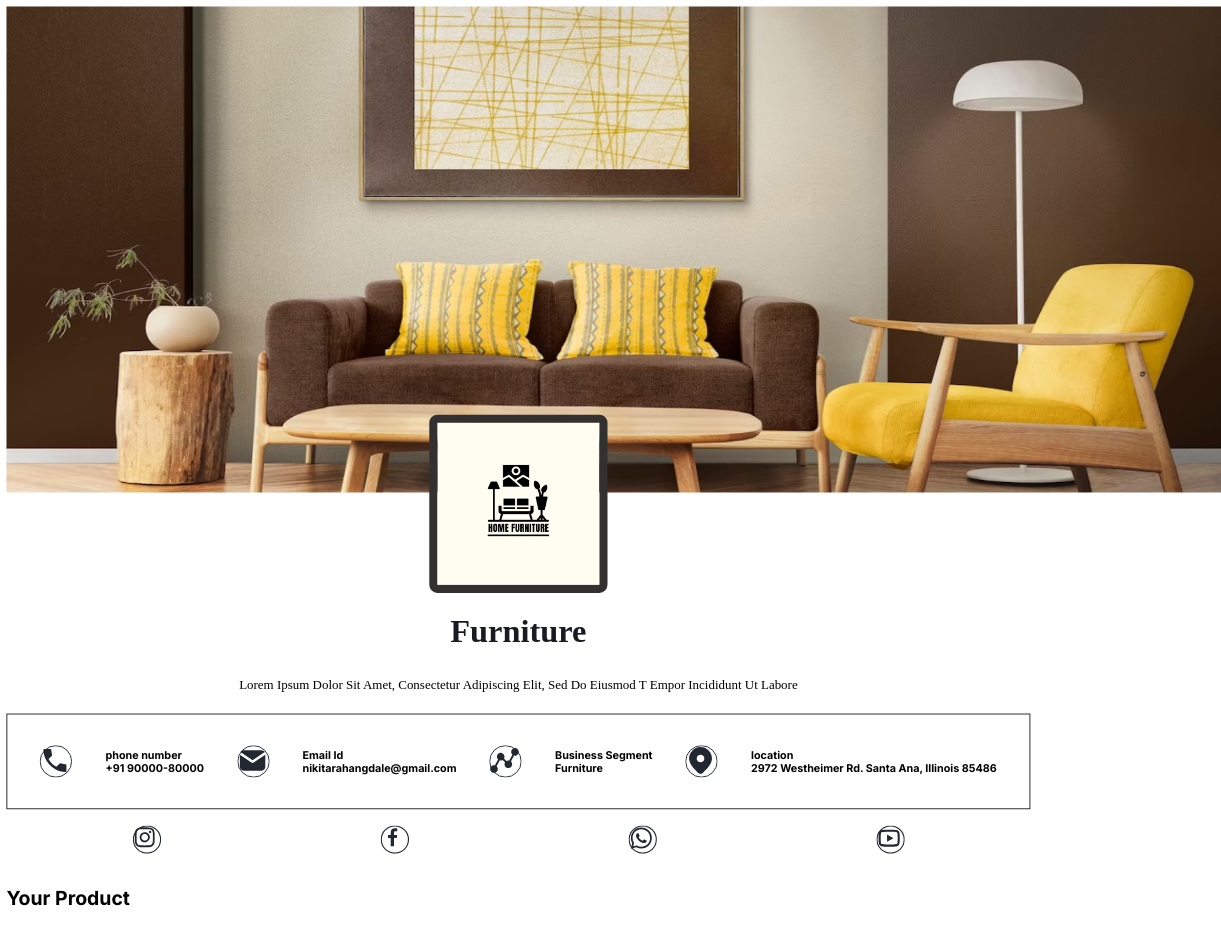
Repository: nikita120402/next13-deploy
Page: /
An editor plug-in stored every save of this project. The page is shown before and after the next save, followed by the edit.
The browser window is 1280 px wide. The page is 1508 px wide, so the pictures cover 1508 px, including what lies to the right of the window. The pictures show the whole page, at 81% of full size.
The project was rebuilt for these pictures with package versions that can differ from the ones it lists, and the page was loaded fresh each time. The framework's server and built-in components were replaced by stand-ins that run in the browser. Also part of the build but not shown: next.config.js.

Above is the page before, as saved 2023-08-02 17:26:54.

After the next save:
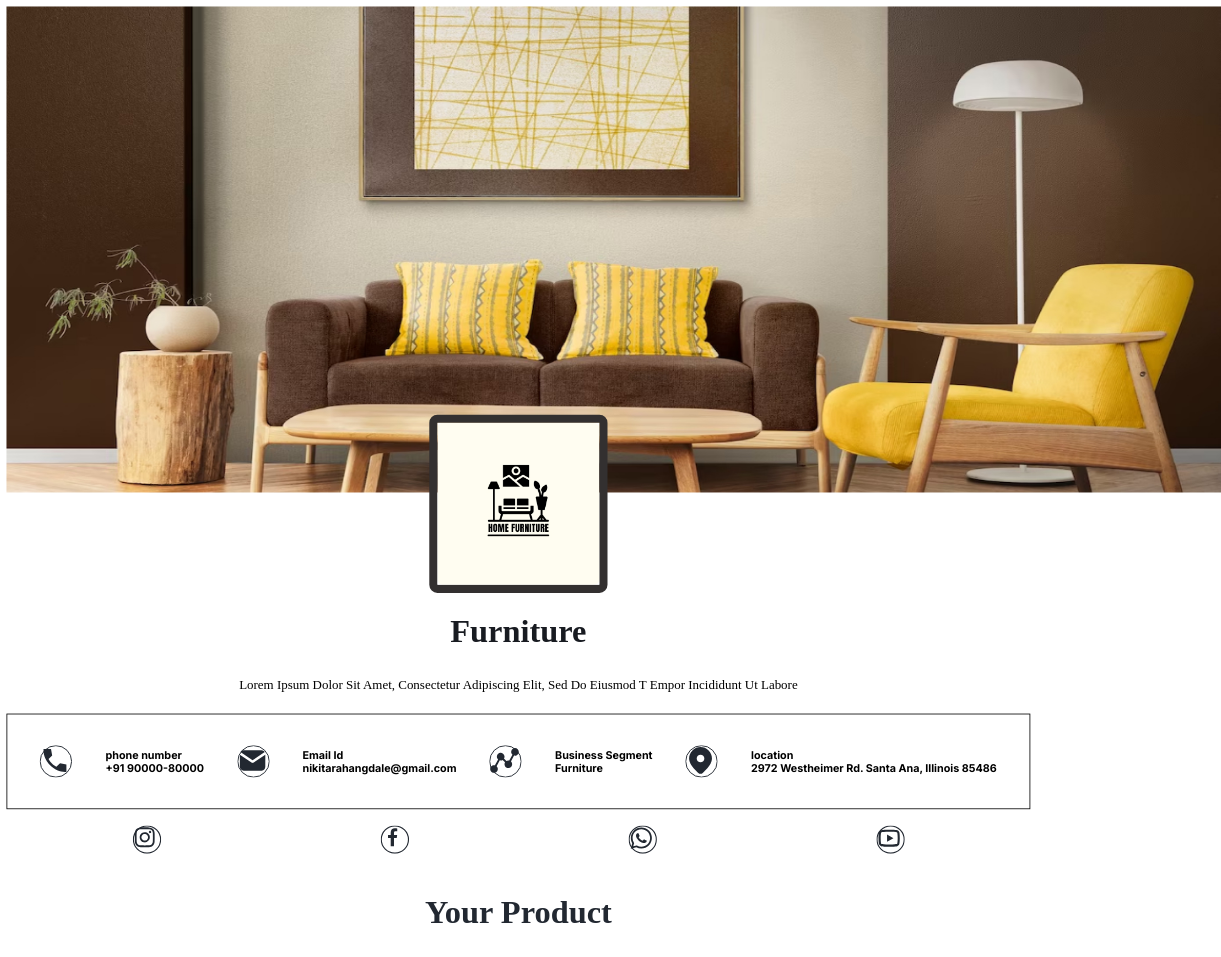
Saved 58 s later.
--- a/src/app/Design.module.css
+++ b/src/app/Design.module.css
@@ -29,3 +29,14 @@
 
 
 }
+
+h2{
+    text-align: center;
+    color: #222831;
+    font-family: Playfair Display;
+    font-size: 40px;
+    font-style: normal;
+    font-weight: 600;
+    line-height: 100%; /* 40px */
+    text-transform: capitalize;
+}

After the save that followed:
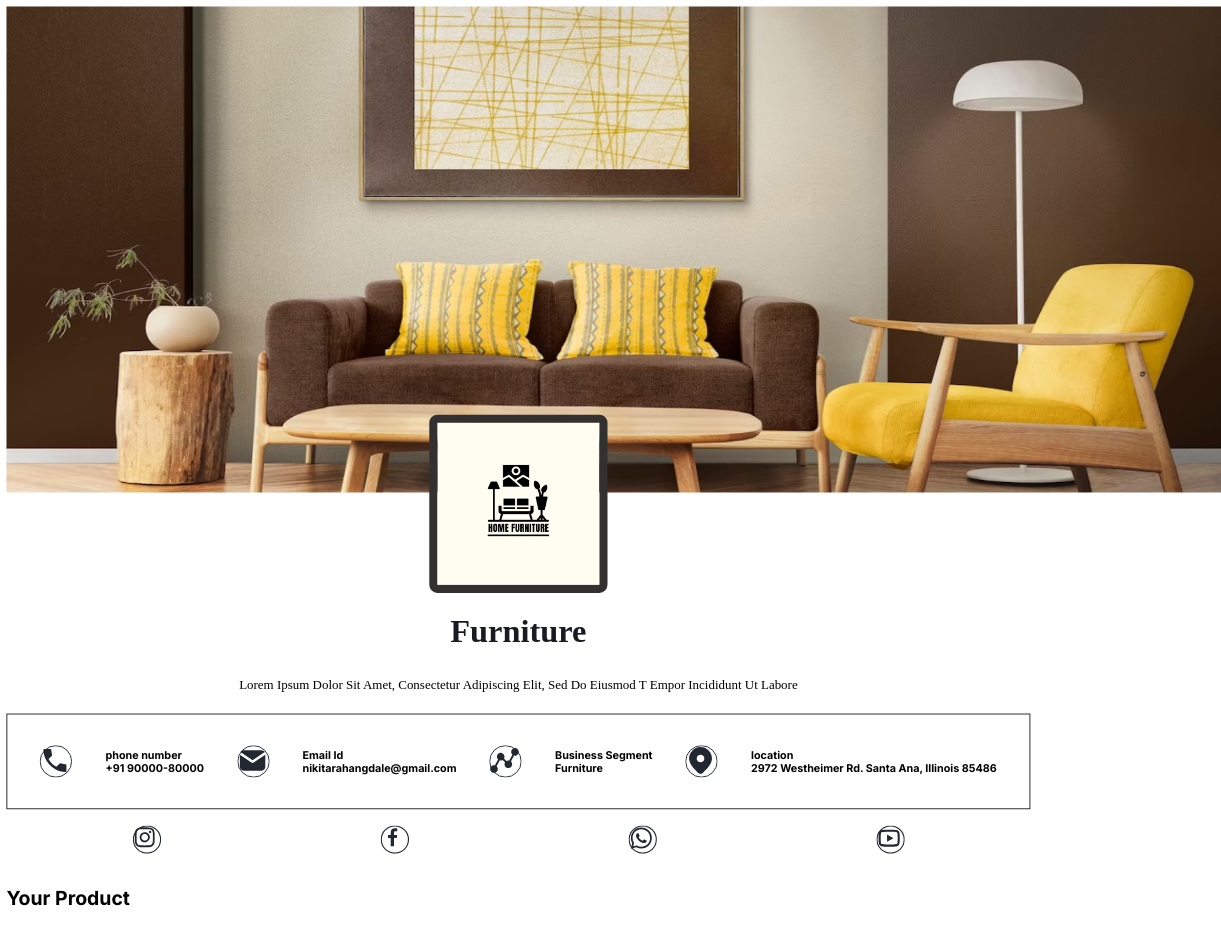
Saved 16 s later.
--- a/src/app/Design.module.css
+++ b/src/app/Design.module.css
@@ -30,7 +30,7 @@
 
 }
 
-h2{
+.heading{
     text-align: center;
     color: #222831;
     font-family: Playfair Display;
